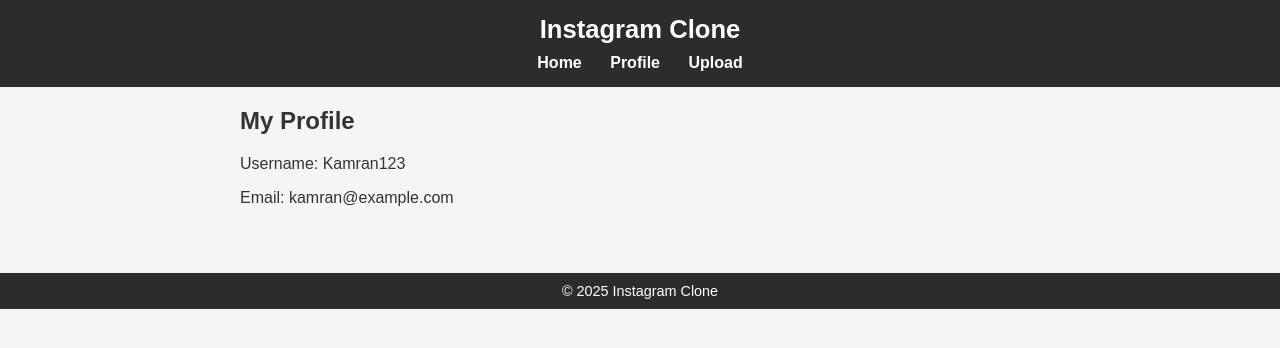
Repository: burhannaseer/CloudClips
Page: profile.html
An editor plug-in stored every save of this project. The page is shown before and after the next save, followed by the edit.
The browser window is 1280 px wide. The pictures show the whole page.

Above is the page before, as saved 2025-05-08 01:46:40.

After the next save:
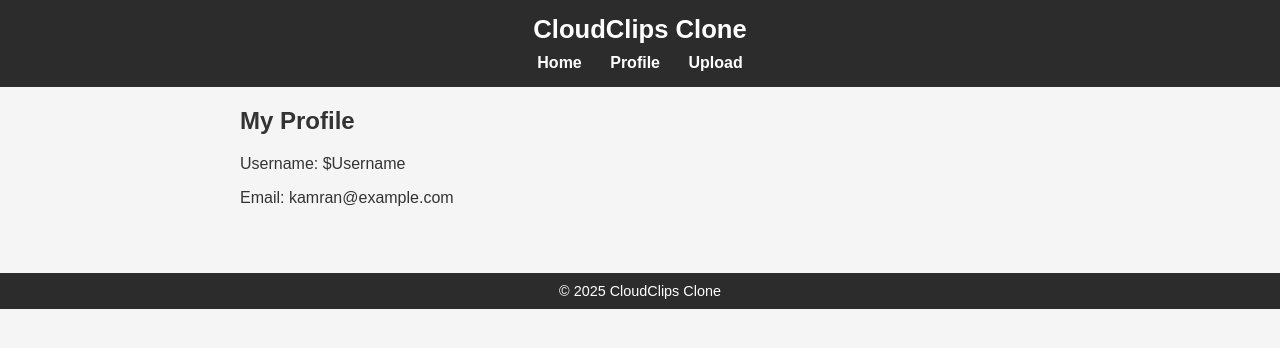
Saved 74 s later.
--- a/profile.html
+++ b/profile.html
@@ -3,13 +3,13 @@
 <head>
   <meta charset="UTF-8">
   <meta name="viewport" content="width=device-width, initial-scale=1.0">
-  <title>Instagram Clone - Profile</title>
+  <title>CloudClips Clone - Profile</title>
   <link rel="stylesheet" href="styles.css">
 </head>
 <body>
   <header>
     <div class="container">
-      <h1>Instagram Clone</h1>
+      <h1>CloudClips Clone</h1>
       <nav>
         <a href="index.html">Home</a>
         <a href="profile.html">Profile</a>
@@ -20,13 +20,13 @@
 
   <main class="container">
     <h2>My Profile</h2>
-    <p>Username: Kamran123</p>
+    <p>Username: $Username</p>
     <p>Email: kamran@example.com</p>
     <div id="myPosts" class="feed"></div>
   </main>
 
   <footer>
-    <div class="container">&copy; 2025 Instagram Clone</div>
+    <div class="container">&copy; 2025 CloudClips Clone</div>
   </footer>
 
   <script>
